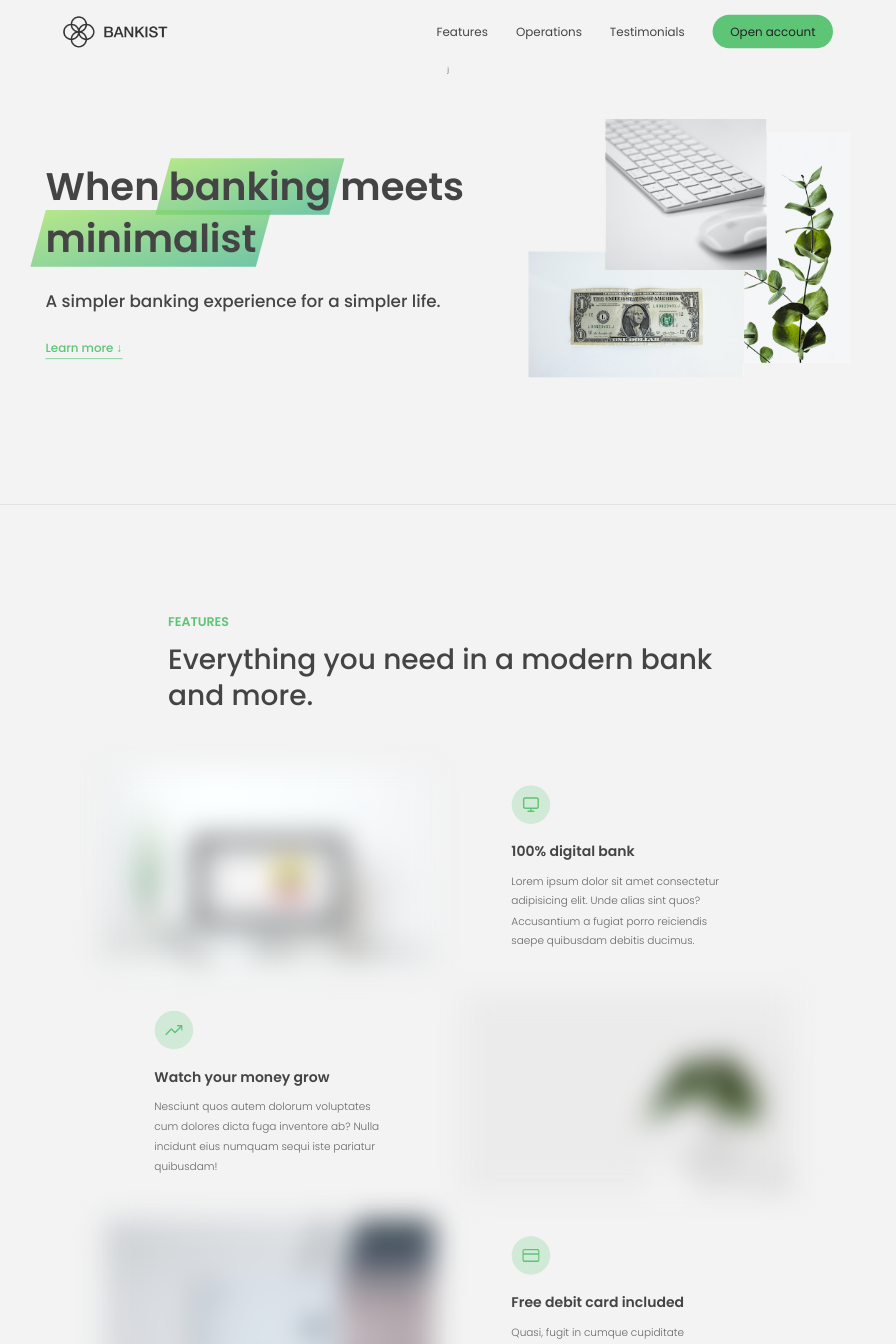
Repository: jiahow99/Javascript-Dom-Udemy
Page: index.html
These files come from the project's save history. The page is drawn as it stood at one moment and after the next save; the edit follows.
The browser window is 1280 px wide. The pictures show the part of the page from y = 0 to 1920 px (the page is 4886 px tall), at 70% of full size.

Above is the page before, as saved 2023-01-26 22:30:11.

After the next save:
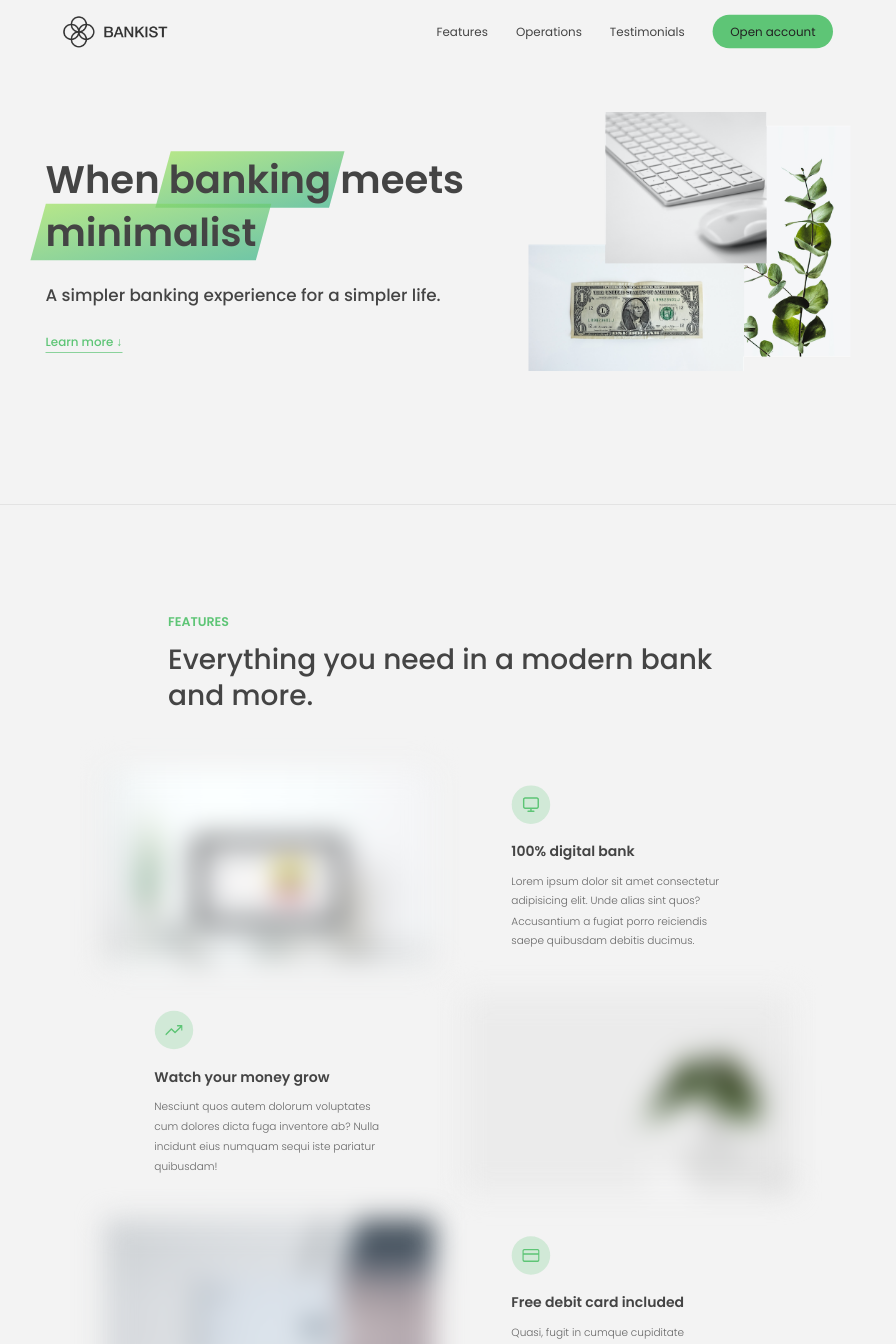
Saved 5 s later.
--- a/index.html
+++ b/index.html
@@ -41,7 +41,8 @@
           </li>
         </ul>
       </nav>
-      j
+
+
 
       <div class="header__title">
         <h1>
